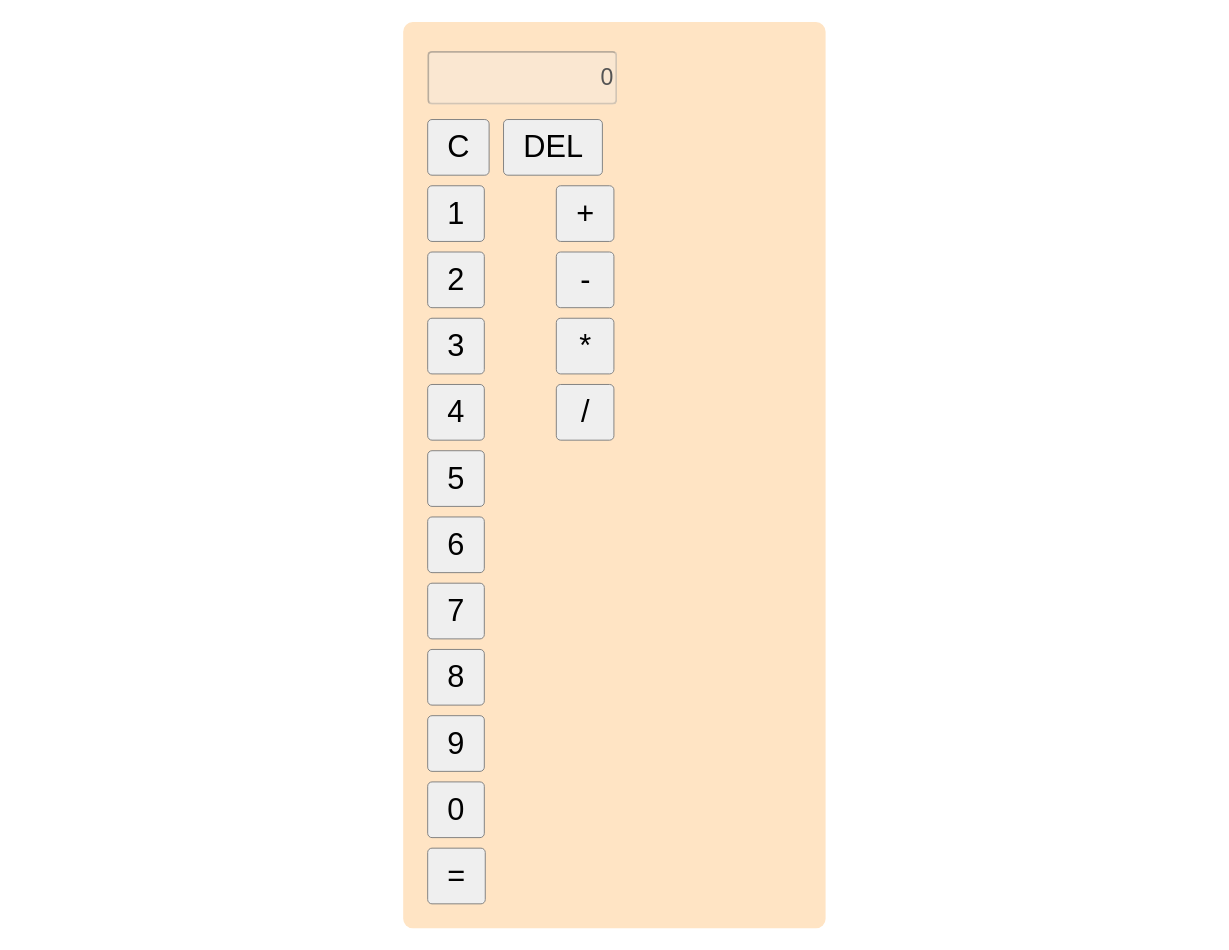
Repository: jaskeat/Calculator
Page: index.html
An editor plug-in stored every save of this project. The page is shown before and after the next save, followed by the edit.
The browser window is 1280 px wide. The pictures show the whole page, at 96% of full size.

Above is the page before, as saved 2024-09-05 13:23:14.

### index.html
<!DOCTYPE html>
<html lang="en">
	<head>
		<meta charset="UTF-8" />
		<meta name="viewport" content="width=device-width, initial-scale=1.0" />
		<title>Calculator</title>
		<link rel="stylesheet" href="style.css" />
	</head>
	<body>
		<div class="calculator">
			<div class="display">
				<input type="text" class="display-input" value="0" disabled />
			</div>

			<div class="extrabtn">
				<button class="btn" onclick="clearDisplay()">C</button>
				<button class="btn" onclick="deleteLast()">DEL</button>
			</div>

			<div class="buttons">
				<div class="operators">
					<button class="btn" onclick="append('+')">+</button>
					<button class="btn" onclick="append('-')">-</button>
					<button class="btn" onclick="append('*')">*</button>
					<button class="btn" onclick="append('/')">/</button>
				</div>

				<div class="numbers">
					<button class="btn" onclick="append('1')">1</button>
					<button class="btn" onclick="append('2')">2</button>
					<button class="btn" onclick="append('3')">3</button>
					<button class="btn" onclick="append('4')">4</button>
					<button class="btn" onclick="append('5')">5</button>
					<button class="btn" onclick="append('6')">6</button>
					<button class="btn" onclick="append('7')">7</button>
					<button class="btn" onclick="append('8')">8</button>
					<button class="btn" onclick="append('9')">9</button>
					<button class="btn" onclick="append('0')">0</button>
					<button class="btn" onclick="calculate()">=</button>
				</div>
			</div>
		</div>
		<script src="script.js"></script>
	</body>
</html>

### style.css
body {
	display: flex;
	justify-content: center;
	align-items: center;
}

.calculator {
	width: 400px;
	max-width: 600px;
	height: auto;
	margin: 15px;
	padding: 20px;
	background-color: bisque;
	border-radius: 10px;
}

button {
	border-radius: 5px;
	border: 1px grey solid;
	font-size: 1.3rem;
}

button:hover {
	background-color: lightgrey;
	cursor: pointer;
}

input {
	width: 190px;
	height: 50px;
	font-size: 1.5rem;
	text-align: right;
	border-radius: 5px;
	margin: 10px 5px;
}

.operators {
	display: flex;
	flex-direction: column;
	width: auto;
}

.operators button {
	width: auto;
	height: auto;
	margin: 5px 0;
}

.numbers {
	display: flex;
	flex-wrap: wrap;
	height: auto;
	width: 500px;
}

.buttons {
	display: flex;
	flex-direction: row-reverse;
	justify-content: space-between;
	font-size: 2rem;
	width: 200px;
}

.btn {
	font-size: 2rem;
	padding: 10px 20px;
	margin: 5px;
}

Loaded but not shown: script.js (no copy from this time; the picture is the same without it)

After the next save:
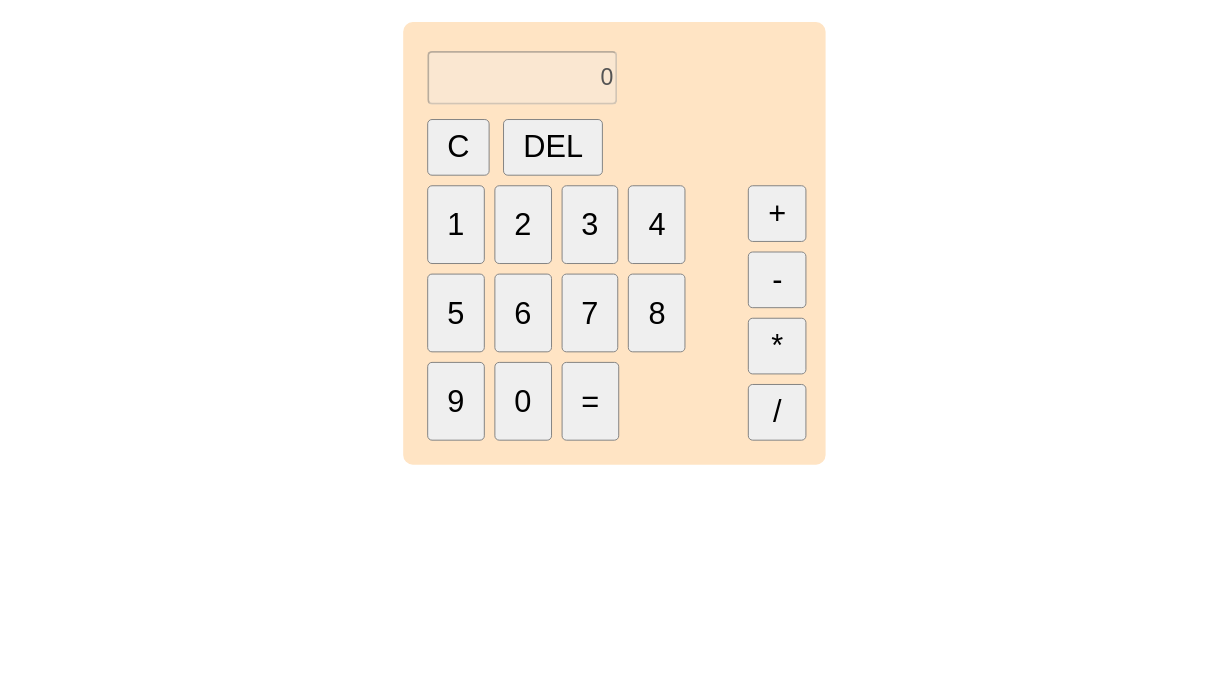
Saved 7 s later.
--- a/style.css
+++ b/style.css
@@ -58,7 +58,6 @@ input {
 	flex-direction: row-reverse;
 	justify-content: space-between;
 	font-size: 2rem;
-	width: 200px;
 }
 
 .btn {
